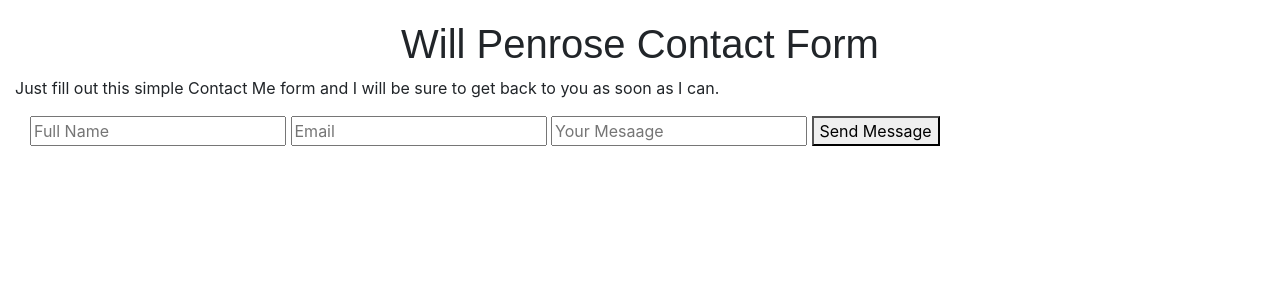
Repository: Code-Institute-Submissions/user-centric-frontend-dev-milestone-project
Page: contact.html
The author's editor kept a record of every edit. The page is drawn from the files as they stood at one moment, then again after the next edit.
The browser window is 1280 px wide. The pictures show the whole page.
Some web fonts or font styles are not loaded; a fallback is used.

Above is the page before.

### contact.html
<!DOCTYPE html>
<html lang="en">

<head>
    <meta charset="UTF-8">
    <meta name="viewport" content="width=device-width, initial-scale=1.0">
    <meta http-equiv="X-UA-Compatible" content="ie=edge">
    <link rel="stylesheet" href="style.css" type="text/css" />
    <link rel="stylesheet" href="https://stackpath.bootstrapcdn.com/bootstrap/4.3.1/css/bootstrap.min.css" type="text/css" />
    <title>Will Penrose Contact Form</title>
</head>

<body>
    <div class="container-fluid">
        <div class="row">
            <div class="col">
                <h1 class="contact-title">Will Penrose Contact Form</h1>
                <p class="contact-paragraph">
                    Just fill out this simple Contact Me form and I will be sure to get back to you as soon as I can.
                </p>
            </div>
        </div>
        <div class="col-12 contact-form">
            <form>
                <input type="text" name="Name" placeholder="Full Name" />
                <input type="text" name="Email" placeholder="Email" />
                <input type="textarea" name="Mesaage" placeholder="Your Mesaage" />
                <button name="Send" type="submit">Send Message</button>
            </form>
        </div>
    </div>
</body>

</html>

### assets/css/style.css
@import url('https://fonts.googleapis.com/css?family=Odibee+Sans&display=swap:100,200,300,400,500,600,700|PT Sans Narrow:100,200,300,400,500,600,700');

/*---------------------------Navbar*/

.navbar {
    font-family: "Odibee Sans", sans-serif;
    font-size: 20px;
    letter-spacing: 1px;
    font-weight: 600;
}

/*---------------------------General*/

.inline-block {
    display: inline-block;
}

/*---------------------------Home Page Heading*/

.heading {
    text-align: center;
    margin: 0;
    padding-top: 100px;
}

img {
    width: 100%;
    height: 100%;
}

.jumbotron .name {
    font-family: "Odibee Sans", sans-serif;
    font-weight: 500;
    font-size: 60px
}

.jumbotron .title {
    font-family: "PT Sans Narrow", sans-serif;
    font-weight: 300;
    font-size: 40px
}

/*----------------------Home Page Text*/

.paragraph-heading {
    font-family: "Odibee Sans", sans-serif;
    font-size: 50px;
    text-align: center;
    text-decoration: underline;

}

.home-paragraphs {
    font-family: "PT Sans Narrow", sans-serif;
    font-size: 30px;
    width: 100%;
}

/*----------------------Media Quires*/

@media (max-width: 992px) {
    .home-paragraphs {
        padding-top: 20px;
    }
}

/*----------------------Contact Form*/


.contact-title {
    font-family: "Odibee Sans", sans-serif;
    padding-top: 20px;
    text-align: center;
}

/*----------------------Footer and Socials*/

footer {
    background-color: #343a40;
    color: rgba(255, 255, 255, 0.5);
    margin-top: 10px
}

.footer-paragraph {
    font-family: "PT Sans Narrow", sans-serif;
    text-align: center;
    font-size: 20px;
    font-weight: 400;
}

.footer-section {
    padding-top: 30px;
    text-align: center;
    font-family: "Odibee Sans", sans-serif;
    letter-spacing: 1px;
    font-size: 20px;
    font-weight: 600;
}

/*----------------------Footer Icons*/

.social-links li a i {
    width: 64px;
    height: 64px;
    color: #fff;
    padding: 30px;
}


p a i {
    width: 64px;
    height: 64px;
    color: #fff;
    padding-top: 20px;
}


/*----------------------Story Page*/

.story {
    margin: 0;
    padding-top: 100px;
}

.story-heading {
    font-family: "Odibee Sans", sans-serif;
    font-size: 50px;
    text-align: center;
}

.story-paragraphs {
    font-family: "PT Sans Narrow", sans-serif;
    font-size: 30px;
    display: inline-block;
}


/*----------------------Story Subheadings*/

.birth-subheading {
    font-family: "Odibee Sans", sans-serif;
    font-size: 40px;
    text-align: left;
    text-decoration: underline;
    padding-bottom: 10px
}

.years-subheading {
    font-family: "Odibee Sans", sans-serif;
    font-size: 40px;
    text-align: left;
    text-decoration: underline;
    padding-bottom: 10px
}

.leading-subheading {
    font-family: "Odibee Sans", sans-serif;
    font-size: 40px;
    text-align: left;
    text-decoration: underline;
    padding-bottom: 10px
}

.teen-subheading {
    font-family: "Odibee Sans", sans-serif;
    font-size: 40px;
    text-align: left;
    text-decoration: underline;
    padding-bottom: 10px
}

.present-subheading {
    font-family: "Odibee Sans", sans-serif;
    font-size: 40px;
    text-align: left;
    text-decoration: underline;
    padding-bottom: 10px
}


/*----------------------Gallery Page*/

.gallery {
    margin: 0;
    padding-top: 100px;
}

.gallery-heading {
    font-family: "Odibee Sans", sans-serif;
    font-size: 50px;
    text-align: center;
}

/*----------------------Gallery Images*/

.toprow {
    border-style: solid;
    border-width: 5px;
    border-color: #000;
    max-width: 100%;
    height: auto;
    padding-right: 10px;
    padding-left: 10px;
}

.image_group {
    font-family: "PT Sans Narrow", sans-serif;
    font-size: 25px;
    font-weight: 700;
    padding: 30px;
    text-align: center;
    text-decoration: underline;
}

.second-row {
    border-style: solid;
    border-width: 5px;
    border-color: #000;
    max-width: 100%;
    height: auto;
    padding-right: 10px;
    padding-left: 10px;
}

.third-row {
    border-style: solid;
    border-width: 5px;
    border-color: #000;
    max-width: 100%;
    height: auto;
    padding-right: 10px;
    padding-left: 10px;
}

After the next edit:
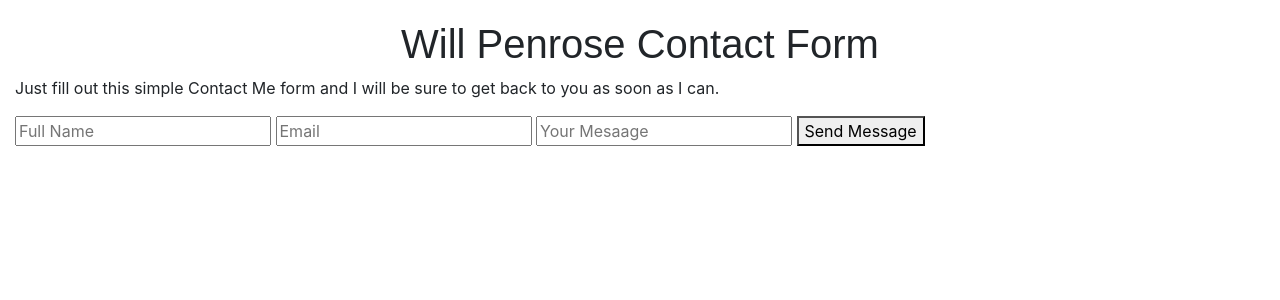
The edit:
--- a/contact.html
+++ b/contact.html
@@ -19,14 +19,15 @@
                     Just fill out this simple Contact Me form and I will be sure to get back to you as soon as I can.
                 </p>
             </div>
-        </div>
-        <div class="col-12 contact-form">
-            <form>
-                <input type="text" name="Name" placeholder="Full Name" />
-                <input type="text" name="Email" placeholder="Email" />
-                <input type="textarea" name="Mesaage" placeholder="Your Mesaage" />
-                <button name="Send" type="submit">Send Message</button>
-            </form>
+
+            <div class="col-12 contact-form">
+                <form>
+                    <input type="text" name="Name" placeholder="Full Name" />
+                    <input type="text" name="Email" placeholder="Email" />
+                    <input type="textarea" name="Mesaage" placeholder="Your Mesaage" />
+                    <button name="Send" type="submit">Send Message</button>
+                </form>
+            </div>
         </div>
     </div>
 </body>
